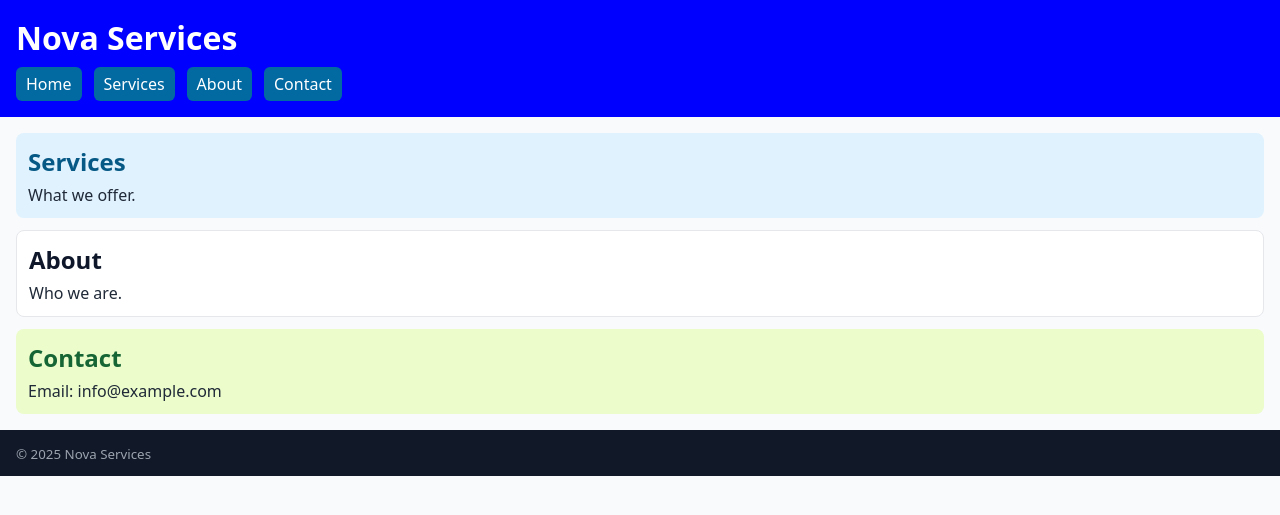
Repository: bbazimya/Nova-services
Page: index.html
These files come from the project's save history. The page is drawn as it stood at one moment and after a run of saves; the edit follows.
The browser window is 1280 px wide. The pictures show the whole page.

Above is the page before, as saved 2025-09-10 13:02:05.

After the next 3 saves:
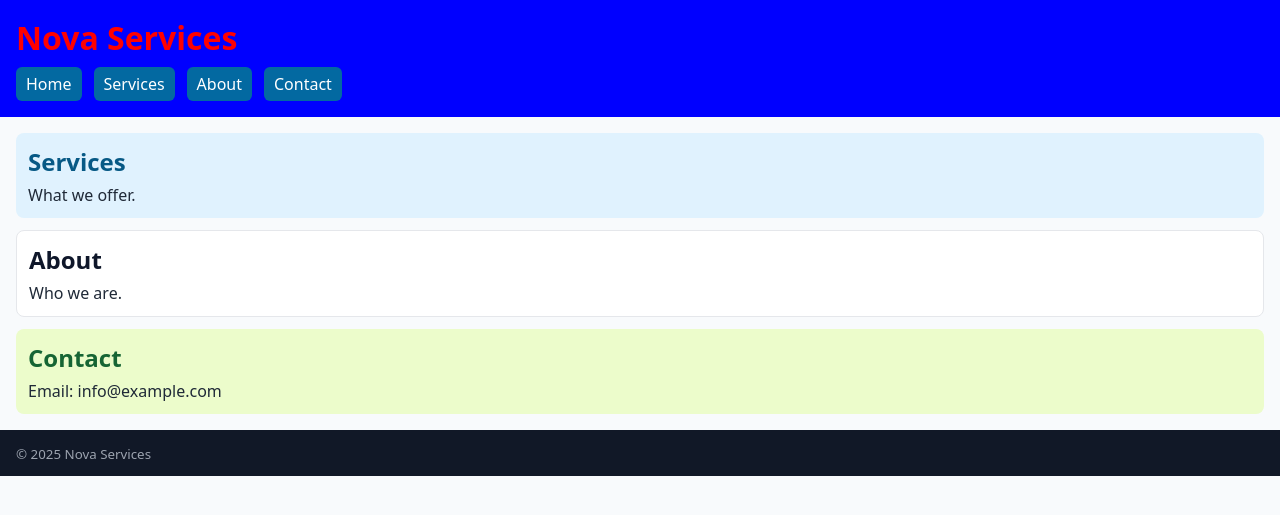
The 3 saves are shown as one change because they came seconds apart.
The last was saved 33 s later.
--- a/styles.css
+++ b/styles.css
@@ -1,5 +1,5 @@
 body{margin:0;font-family:system-ui,Arial,sans-serif;color:#1f2937;background:#f8fafc;}
-header{background:blue;color:#fff;padding:16px;}
+header{background:blue;color:red;padding:16px;}
 header h1{margin:0;}
 nav{margin-top:8px;display:flex;gap:12px;flex-wrap:wrap;}
 nav a{color:#fff;background:#0369a1;padding:6px 10px;border-radius:6px;text-decoration:none;}
